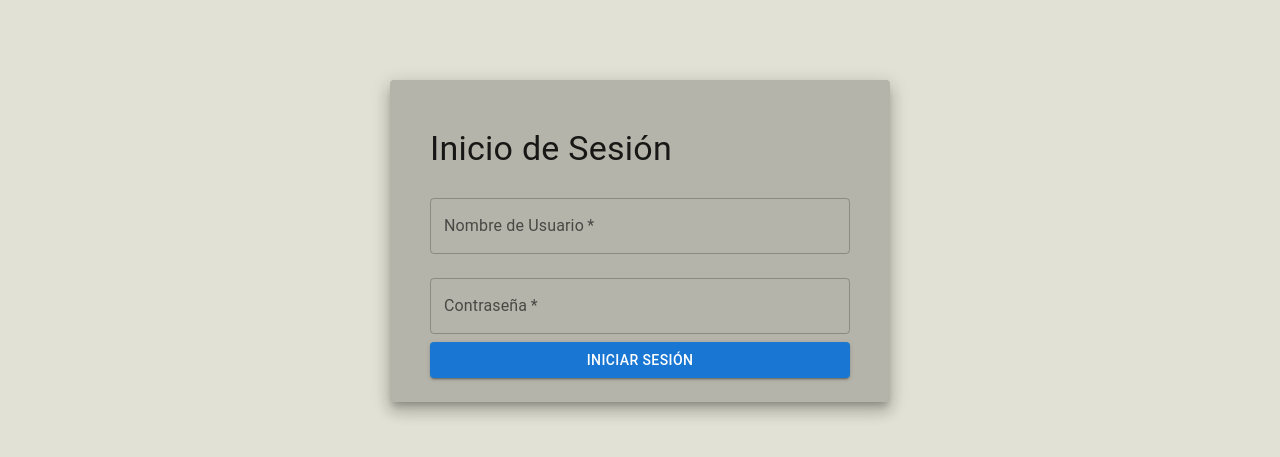
Repository: Mpablom/usuarioCaC-integrador-final-front
Page: /
These files come from the project's save history. The page is drawn as it stood at one moment and after the next save; the edit follows.
The browser window is 1280 px wide. The pictures show the whole page.
The project was rebuilt for these pictures with package versions that can differ from the ones it lists, and the page was loaded fresh each time. Also part of the build but not shown: vite.config.ts, src/components/UsuariosTable.tsx.

Above is the page before, as saved 2024-07-11 00:28:24.

### src/App.tsx
// App.tsx (o donde configures tus rutas)
import React from 'react';
import {
  BrowserRouter as Router,
  Route,
  Routes,
  Navigate,
} from 'react-router-dom';
import Login from './components/Login'; // Componente de inicio de sesión
import UsuariosTable from './components/UsuariosTable'; // Componente de la tabla de usuarios

const App: React.FC = () => {
  return (
    <Router>
      <Routes>
        <Route path="/login" element={<Login />} />
        <Route path="/usuarios" element={<UsuariosTable />} />
        <Route path="/" element={<Navigate to="/login" />} />
      </Routes>
    </Router>
  );
};

export default App;

### src/index.css
 :root {
  font-family: system-ui, -apple-system, BlinkMacSystemFont, 'Segoe UI', Roboto;
  line-height: 1.5;
  /* font-weight: 400; */

  color-scheme: light dark;
  color: rgba(255, 255, 255, 0.87);
  background-color: #E1E1D5;

  font-synthesis: none;
  text-rendering: optimizeLegibility;
  -webkit-font-smoothing: antialiased;
  -moz-osx-font-smoothing: grayscale;
}
Card{
  background-color: #B4B4AA;
}
/*
a {
  font-weight: 500;
  color: #646cff;
  text-decoration: inherit;
}
a:hover {
  color: #535bf2;
}

body {
  margin: 0;
  display: flex;
  place-items: center;
  min-width: 320px;
  min-height: 100vh;
}

h1 {
  font-size: 3.2em;
  line-height: 1.1;
  color: #1a1a1a;
}

button {
  border-radius: 8px;
  border: 1px solid transparent;
  padding: 0.6em 1.2em;
  font-size: 1em;
  font-weight: 500;
  font-family: inherit;
  background-color: #1a1a1a;
  cursor: pointer;
  transition: border-color 0.25s;
}
button:hover {
  border-color: #646cff;
}
button:focus,
button:focus-visible {
  outline: 4px auto -webkit-focus-ring-color;
}

@media (prefers-color-scheme: light) {
  :root {
    color: #213547;
    background-color: #ffffff;
  }
  a:hover {
    color: #747bff;
  }
  button {
    background-color: #f9f9f9;
  }
}
 */

### src/components/Login.tsx
import {
  Button,
  Card,
  CardContent,
  CardHeader,
  Container,
  TextField,
  Typography,
} from "@mui/material";
import { login } from "../axios/UsuarioApi";
import { useState } from "react";
import { useNavigate } from "react-router-dom";

const Login: React.FC = () => {
  const [username, setUsername] = useState("");
  const [password, setPassword] = useState("");
  const [error, setError] = useState("");
  const navigate = useNavigate();
  const handleLogin = async (event: React.FormEvent<HTMLFormElement>) => {
    event.preventDefault();
    setError("");
    try {
      const response = await login({ username, password });
      if (response.message === "Autenticación exitosa") {
        navigate("/usuarios");
      }
    } catch (error) {
      setError("Error al iniciar sesión");
    }
  };
  return (
    <Card
      sx={{
        maxWidth: 500,
        margin: "auto",
        boxShadow: "10",
        mt: 10,
        bgcolor: "#B4B4AA",
      }}
    >
      <CardHeader />
      <CardContent>
        <Container maxWidth="sm">
          <Typography variant="h4" component="h1" gutterBottom>
            Inicio de Sesión
          </Typography>
          <form onSubmit={handleLogin}>
            <TextField
              label="Nombre de Usuario"
              variant="outlined"
              fullWidth
              margin="normal"
              value={username}
              onChange={(e) => setUsername(e.target.value)}
              required
            />
            <TextField
              label="Contraseña"
              variant="outlined"
              fullWidth
              margin="normal"
              type="password"
              value={password}
              onChange={(e) => setPassword(e.target.value)}
              required
            />
            {error && (
              <Typography color="error" variant="body2">
                {error}
              </Typography>
            )}
            <Button type="submit" variant="contained" color="primary" fullWidth>
              Iniciar Sesión
            </Button>
          </form>
        </Container>
      </CardContent>
    </Card>
  );
};

export default Login;

### src/axios/UsuarioApi.ts
import api from './Api';
import { Usuario, UsuarioLogin } from '../models/UsuarioModel';

export const getUsuarios = async (): Promise<Usuario[]> => {
  const response = await api.get('/usuarios');
  return response.data;
};

export const getUsuarioById = async (id: number): Promise<Usuario> => {
  const response = await api.get(`/usuarios/${id}`);
  return response.data;
};

export const createUsuario = async (usuario: Usuario): Promise<void> => {
  const response = await api.post('/usuarios', usuario);
  return response.data;
};

export const updateUsuario = async (id: number, usuario: Usuario): Promise<void> => {
  const response = await api.put(`/usuarios/${id}`, usuario);
  return response.data;
};

export const deleteUsuario = async (id: number): Promise<void> => {
  const response = await api.delete(`/usuarios/${id}`);
  return response.data;
};

export const restoreUsuario = async (id: number): Promise<void> => {
  const response = await api.patch(`/usuarios/${id}`);
  return response.data;
};
export const login = async (usuarioLogin: UsuarioLogin): Promise<Usuario> => {
    try {
        const response = await api.post(`/usuarios/login`, usuarioLogin);
        return response.data as Usuario; // Asegúrate de que response.data sea del tipo Usuario
    } catch (error) {
        if (error instanceof Error) {
            throw new Error(`Error al iniciar sesión: ${error.message}`);
        } else {
            throw new Error(`Error al iniciar sesión: Error desconocido`);
        }
    }
  }

### src/axios/api.ts
import axios from 'axios';

const api = axios.create({
  baseURL: 'http://localhost:8080',
  headers: {
    'Content-Type': 'application/json',
  },
});

export default api;

Loaded but not shown: index.html (common file); src/main.tsx (common file)

After the next save:
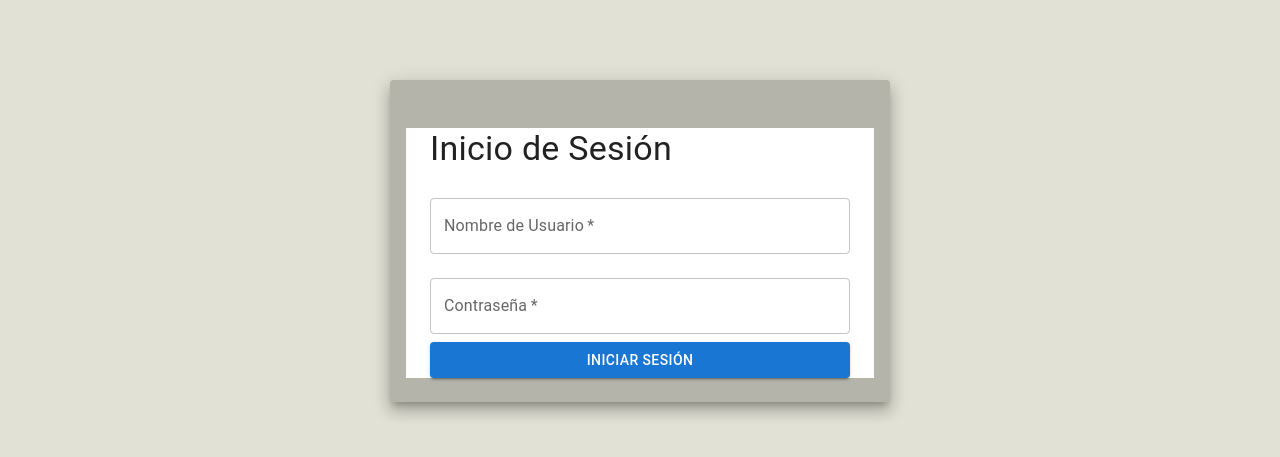
Saved 48 s later.
--- a/src/components/Login.tsx
+++ b/src/components/Login.tsx
@@ -40,7 +40,7 @@ const Login: React.FC = () => {
     >
       <CardHeader />
       <CardContent>
-        <Container maxWidth="sm">
+        <Container sx={{ bgcolor: "#FFFFFF" }}>
           <Typography variant="h4" component="h1" gutterBottom>
             Inicio de Sesión
           </Typography>
